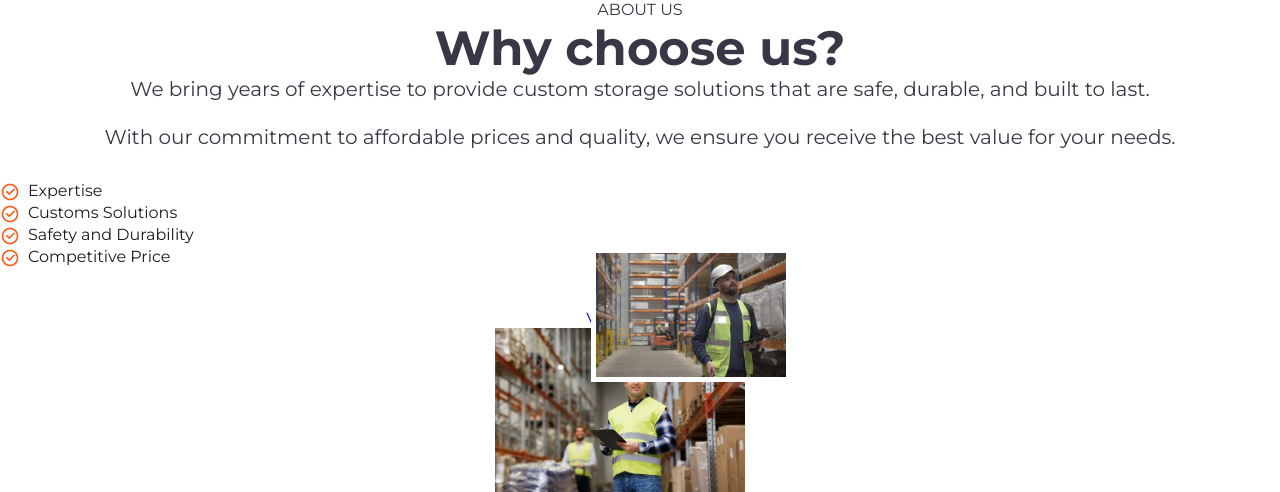
Repository: jahatesu/shelves-and-storage-equipment
Page: index.html
An editor plug-in stored every save of this project. The page is shown before and after the next save, followed by the edit.
The browser window is 1280 px wide. The pictures show the part of the page from y = 720 to 1466 px (the page is 1212 px tall before and 1466 px after).
Backgrounds fixed to the window are drawn as part of the page. Some web fonts or font styles are not loaded; a fallback is used.

Above is the page before, as saved 2025-01-08 15:36:21.
Console error: TypeError: Cannot read properties of null (reading 'querySelector')

After the next save:
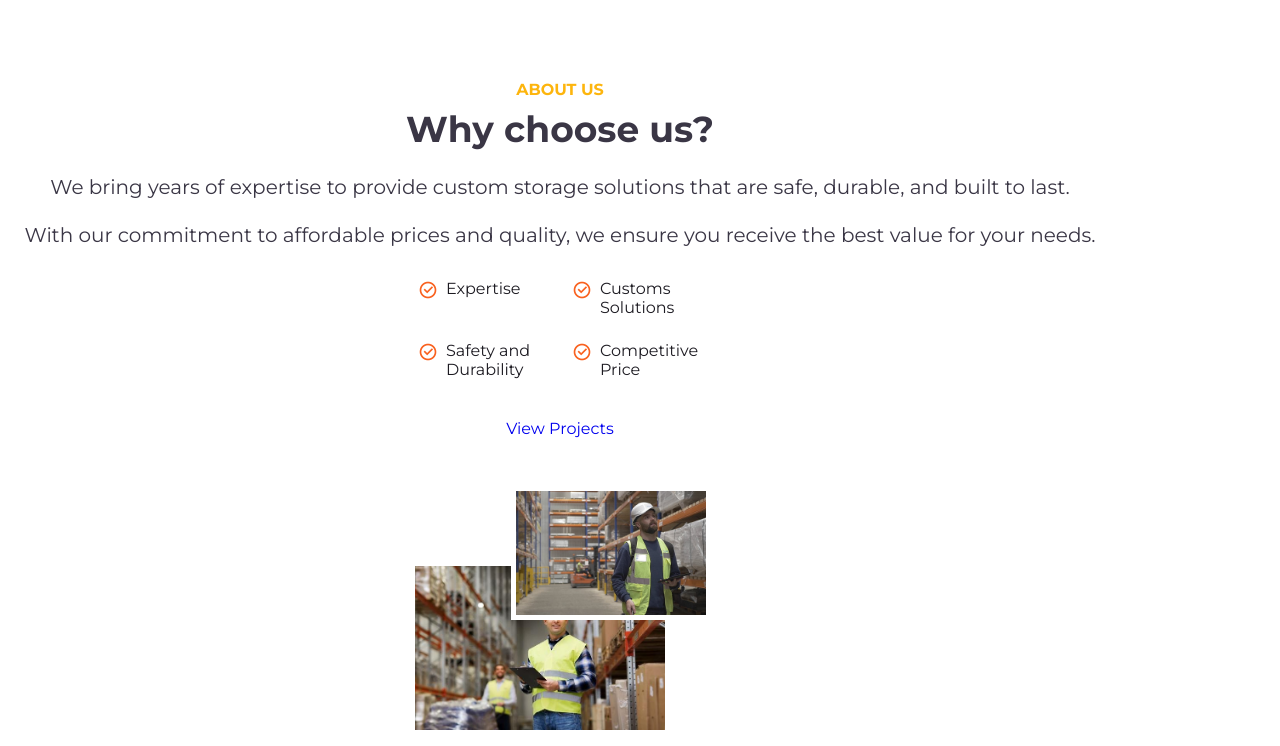
Saved 65 s later.
--- a/style.css
+++ b/style.css
@@ -320,6 +320,44 @@ header {
 }
 
 /* About Section */
+.container{
+    max-width: 1120px;
+}
+
+.grid{
+    display: grid;
+    gap: 1.5rem;
+
+}
+
+.section{
+    padding-block: 5rem 1rem;
+}
+
+.section_title{
+    text-align: center;
+
+}
+
+.about_data {
+    text-align: center;
+}
+
+.section_title{
+    font-size: var(--h1-font-size);
+    font-weight: var(--font-bold);
+    margin-bottom: 1.5rem;
+}
+
+.section_subtitle {
+    display: block;
+    text-align: center;
+    font-size: var(--normal-font-size);
+    font-weight: var(--font-bold);
+    color: var(--second-color);
+    margin-bottom: .5rem;
+}
+
 
 .about_container{
     row-gap: 8rem;
